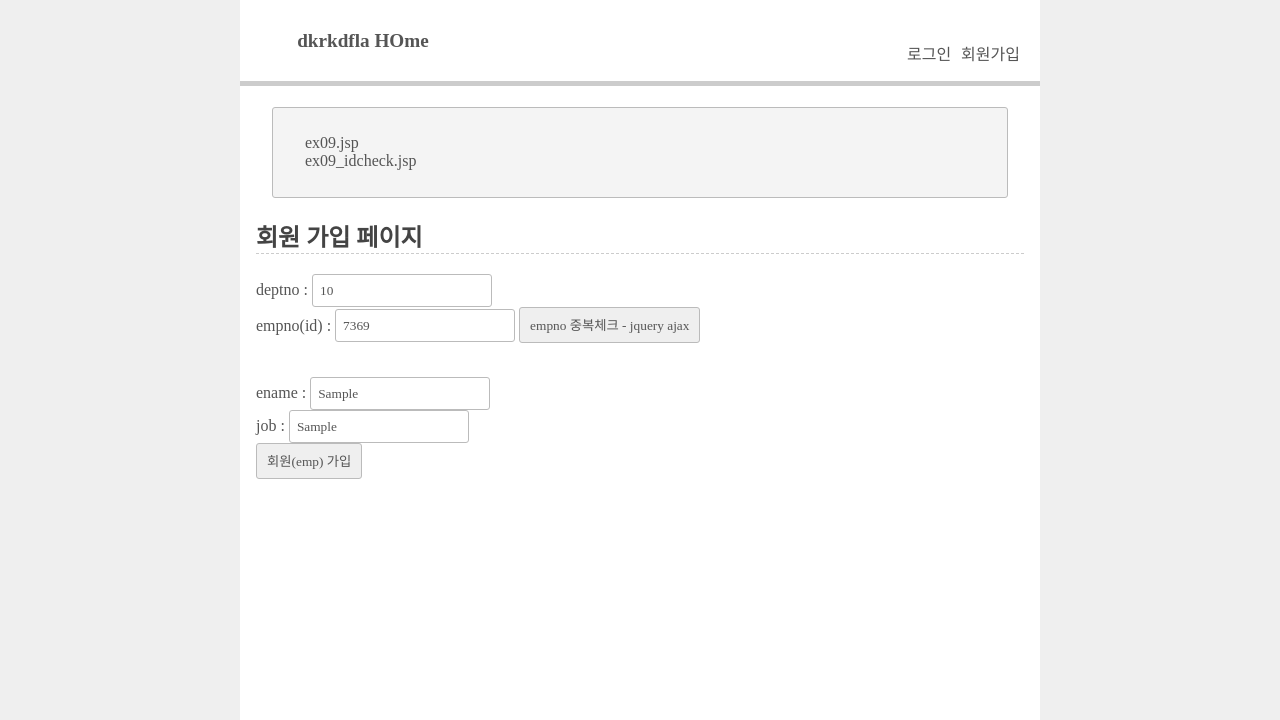
Repository: Dusajang/JSPClass
Page: http://localhost/jspPro/days09/ex09.jsp
The author's editor kept a copy of each file at every save. The page is drawn from the files as they stood at one save, then again after the next save.
The browser window is 1280 px wide. The pictures show the whole page.
Empty fields were first filled with sample values (such as "Sample", 5 or name@example.com).
After loading, the first visible `#btnEmpnoCheck` was clicked once.
Some web fonts or font styles are not loaded; a fallback is used. The page is served by Tomcat 9. Queries for data that is not in the repository find no rows.

Above is the page before, as saved 2024-10-25 06:53:55.

After the next save:
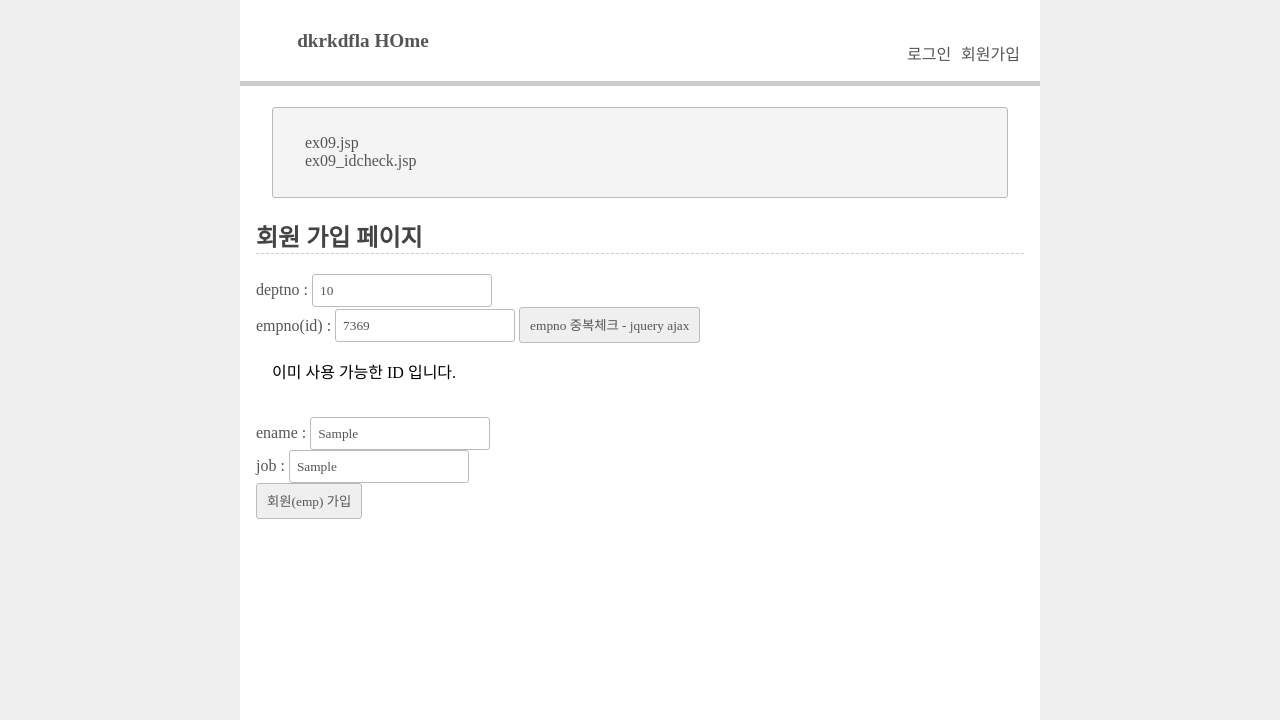
Saved 12 min 29 s later.
--- a/jspPro/src/main/webapp/days09/ex09.jsp
+++ b/jspPro/src/main/webapp/days09/ex09.jsp
@@ -59,8 +59,14 @@
 					, data:params
 					, cache:false
 					, success:function (data, textStatus, jqXHR){
-						// {"count":0}
-					}
+						// {"count":0} -> js Object 변환
+						// JSON.parse() X
+						if(data.count==1){
+							$("#notice").css("color","red").text("이미 사용 중인 ID 입니다.")
+						}else{
+							$("#notice").css("color","black").text("이미 사용 가능한 ID 입니다.")
+						}
+					} //:success
 					,error:function (){
 						alert("에러~~");
 					}
